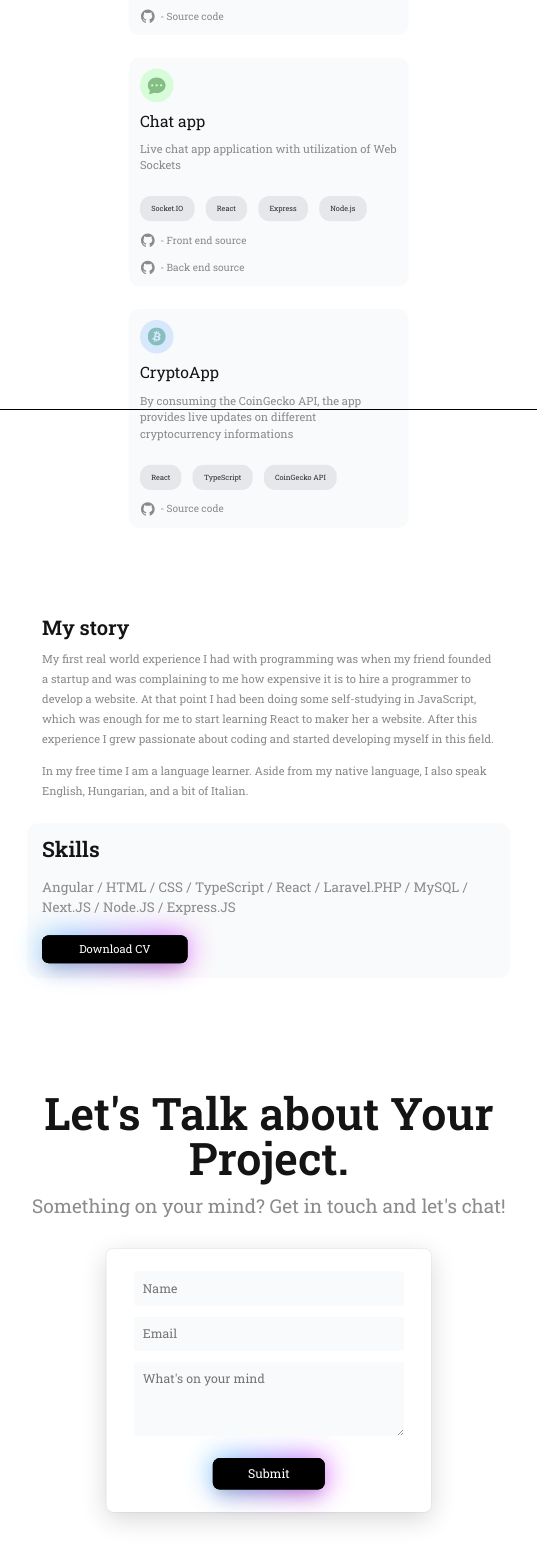
Repository: Leoka2000/portfolio-final
Page: /
The author's editor kept a copy of each file at every save. The page is drawn from the files as they stood at one save, then again after the next save.
The browser window is 768 px wide. The pictures show the part of the page from y = 2320 to 4560 px (the page is 4560 px tall), at 70% of full size.
Some web fonts or font styles are not loaded; a fallback is used. The project was rebuilt for these pictures with package versions that can differ from the ones it lists, and the page was loaded fresh each time. Some packages were replaced by stand-ins written for this rebuild. Also part of the build but not shown: src/App.css. Imported but missing from the stored project, and not drawn on this page: src/assets/BioNexus.mp4, src/assets/LeoCV.pdf, src/assets/ScholarSearch.mp4, src/assets/chat-app.mp4.

Above is the page before, as saved 2023-09-27 14:28:09.

### public/index.html
<!DOCTYPE html>
<html lang="en">
  <head>
    <meta charset="utf-8" />
    <link rel="icon" href="%PUBLIC_URL%/favicon.ico" />
    <meta name="viewport" content="width=device-width, initial-scale=1" />
    <meta name="theme-color" content="#000000" />
    <meta
      name="description"
      content="Web site created using create-react-app"
    />
    <link rel="apple-touch-icon" href="%PUBLIC_URL%/logo192.png" />
    <!-- font -->
    <link rel="preconnect" href="https://fonts.googleapis.com">
    <link rel="preconnect" href="https://fonts.gstatic.com" crossorigin>
    <link href="https://fonts.googleapis.com/css2?family=Fira+Sans+Extra+Condensed:wght@300&family=Roboto+Condensed:wght@300&family=Roboto+Slab:wght@400;500;600&display=swap" rel="stylesheet">

    <!-- font -->
    <link rel="manifest" href="%PUBLIC_URL%/manifest.json" />

    <title>Portfolio</title>
  </head>
  <body>
    <noscript>You need to enable JavaScript to run this app.</noscript>
    <div id="root"></div>
    <!--
      This HTML file is a template.
      If you open it directly in the browser, you will see an empty page.

      You can add webfonts, meta tags, or analytics to this file.
      The build step will place the bundled scripts into the <body> tag.

      To begin the development, run `npm start` or `yarn start`.
      To create a production bundle, use `npm run build` or `yarn build`.
    -->
  </body>
</html>

### src/pages/main/home.jsx
import React from 'react'
import Navbar from '../../compontents/navbar/navbar'
import Hero from './hero/hero'
import Work from './work/work-parent'
import About from './about/about'
import Contact from '../contact/contact'


const Home = () => {
  return (
    <>

      <Hero/>
      <Work/>
      <About/>
      <Contact/>
    </>
  )
}

export default Home

### src/compontents/navbar/navbar.css
.nav-navbar {
    display: flex;
    justify-content: flex-start;

    align-items: center;
    height: 90px;
}

.nav-navbar > span {
    display: flex;
    color: var(--h1);
    text-align: center;
    align-items: center;
    justify-content: center;
    background-color: #f5f5f5;
    font-weight: 300;
    padding: 9px 30px;
    border-radius: 30px;
    height: 2rem;
    gap: 1rem;
    width: auto;
    position: absolute;
    right: 30rem;

}
.nav-navbar > span > div {
width: 1.4rem;
border-radius: 100%;
background-color: rgb(101, 223, 101);
height: 1.4rem;
}
.dropdown-menu{
    position: absolute;
    right: 0;
    margin-right: 2rem;


}
.nav-dropdown {
    transform: none;
    transition: all 2s ease-in-out;
    margin-top: 1rem;
    background-color: #f5f5f5;
    position: absolute;
    top: 1;
    right: 0;
    border-radius: 10px;
    width: 10rem;
    height: 8.5rem;
    font-size: 1.2rem;
    transition: all .2s ease-in-out;
    box-shadow: rgba(0, 0, 0, 0.1) 0px 20px 25px -5px, rgba(0, 0, 0, 0.04) 0px 10px 10px -5px;
    opacity:1;
    transition:

     0s linear,
     1s linear;
}
.nav-dropdown::before {
    content: "";
z-index: -1;
position: absolute;
top: 0;
right: 0;
bottom: 0;
left: 0;
background: linear-gradient(-45deg,#e81cff,#40c9ff);
transform: translateZ(0) scale(.95);
filter: blur(20px);
opacity: .6;
transition: .3s;
border-radius: inherit;
transition: all 2s ease-in-out;

}
.dropdown{

    list-style: none;
    display: flex;
 flex-direction: column;
 padding: 1rem;
 transform: none;
 opacity:1;
    transition:

     0s linear,
     1s linear;


}

.dropdown > a {
    list-style: none;
    width: 84%;
    color: black;
    display: flex;
    padding: 0.5rem 1rem 0.5rem 0.7rem;
}
.dropdown > a > a {
    width: 100%;
    color: black;
}
.dropdown a:hover {
    background-color: rgb(219, 219, 219);
    cursor: pointer;
    border-radius: 10px;
    transition: 0.2s;
}
.nav-navbar > div > button {
    background-color: transparent;
    outline: none;
    border: none;
    display: flex;
    align-items: center;
    background-color: #f5f5f5;
    border-radius: 10px;

    padding: 0.8rem;
    justify-content: center;
    gap: 0.2rem;
    cursor: pointer;
    position: relative;
    transition: 0.3s;
}
.nav-navbar > div > button:hover {
background-color: rgb(228, 228, 228);
transform: scale(1.1);
}
.dropdown-menu > button > p {
    font-size: 1.2rem;
    color: black;

}
.dropdown-menu button svg {
    font-size: 1.5rem;
    color: black;
}

### src/pages/main/hero/hero.jsx
import React from 'react'
import {AiFillGithub} from 'react-icons/ai'
import {AiOutlineMail} from 'react-icons/ai'
import {AiFillLinkedin} from 'react-icons/ai'
import './hero.css'
import CV from '../../../assets/LeoCV.pdf'

const hero = () => {
  return (
    <>
      <section className='hero-section'>
        <h1>Hi, I'm Leo, a full-stack web developer who specializes in front-end development</h1>
        <p>I build things for the web primarily using React. Currently living in Hungary</p>
        <div className='icons-wrapper'>
          <a target='_blank' href="https://github.com/Leoka2000"><AiFillGithub/></a>
          <a target='_blank' href='https://www.linkedin.com/in/leoreus/'> <AiFillLinkedin/></a>
         <a href='mailto:lreusoliveira@gmail.com'><AiOutlineMail/> </a>
        </div>
        <a href={CV} download className='right-btn'>Hire me</a>
      </section>
    </>
  )
}

export default hero

### src/pages/main/work/work-parent.jsx
import React from 'react'
import './work.css'
import Bionexus from './projects/bionexus/index'
import CoffeeApp from './projects/coffee/index'
import ChatApp from './projects/chatapp/index'
import EasyTramitt from './projects/easy/index'
import CryptoApp from './projects/cryptoapp/index'
import Inventory from './projects/inventory'
import MegyaMelo from './projects/megyamelo'



const Work = () => {
  return (
    <>
      <section id='work' className='work-section'>
        <header><h1>Selected work</h1></header>
        <main className='work-main'>
          <MegyaMelo/>
       <Inventory/>
        <EasyTramitt />
          <Bionexus />
          <CoffeeApp />
          <ChatApp />
          <CryptoApp />



        </main>


      </section>
    </>
  )
}

export default Work

### src/pages/main/hero/hero.css
.hero-section {
    display: flex;
    flex-direction: column;
    text-align: center;
    align-items: center;
    padding: 4rem 2rem 2rem 2rem;
    justify-content: center;
    gap: 1.5rem
}
.hero-section h1 {
    color: var(--h1);
    font-size: 4rem;
}
.hero-section p {
    color: var(--p);
    font-size: 2rem;
    line-height: 2.5rem;
    max-width: 45rem;

}
.icons-wrapper {
    font-size: 2rem;
    color: var(--p);
    background-color: #f5f5f5;
    border-radius: 25px;
    align-items: center;
    padding: 0.8rem 0 0.5rem 0;
    width: 12rem;
    display: flex;
    justify-content: center;
    gap: 1rem;
    cursor: pointer;

}
.icons-wrapper a {
    text-decoration: none;
    color: var(--p);
}
.icons-wrapper svg {
    transition: 0.4s;
}
.icons-wrapper svg:hover {
    color: rgb(0, 0, 0);
}


.hero-section > a {
    font-family: 'Fira Sans Extra Condensed', sans-serif;

    font-family: 'Inter', sans-serif;

    font-family: 'Roboto Condensed', sans-serif;

    font-family: 'Roboto Slab', serif;

    display: flex;
    justify-content: center;
    align-items: center;
    color: white;
    font-size: 1.3rem;
    width: 10rem;
    height: 3.5rem;
    border-radius: 10px;
    outline: none;
    background-color: black;
    border: none;
    position: relative;
    cursor: pointer;
    transition: all .2s ease-in-out;
    box-shadow: rgba(0, 0, 0, 0.1) 0px 20px 25px -5px, rgba(0, 0, 0, 0.04) 0px 10px 10px -5px;
}
.hero-section > a::before {
    content: "";
z-index: -1;
position: absolute;
top: 0;
right: 0;
bottom: 0;
left: 0;
background: linear-gradient(-45deg, #e81cff, #40c9ff);
transform: translateZ(1) scale(.98);
filter: blur(20px);
opacity: .6;
transition: opacity .3s;
border-radius: inherit;
transition: all .2s ease-in-out;
}
.hero-section > a::after {

        content: "";
        z-index: -1;
        position: absolute;
        top: 0;
        right: 0;
        bottom: 0;
        left: 0;
        background: inherit;
        border-radius: inherit;
      }

.hero-section > a:hover {
transform: scale(1.1);
background-color: white;
color: black;
}



@media screen and (max-width: 900px) {
    .hero-section {
        padding: 4rem 1.5rem 2rem 1.5rem;
    }
    .hero-section > h1 {
        color: var(--h1);
        font-size: 1.7rem;
    }
    .hero-section > p {
        font-size: 1.2rem;
        line-height: 1.4rem;
    }

}

### src/pages/main/work/projects/bionexus/index.jsx
import React from 'react'
import {FaBusinessTime} from 'react-icons/fa'
import {AiFillGithub} from 'react-icons/ai'

const index = () => {

  return (
    <a target='_blank' href='https://bionexusjr.com/' className='individual-wrapper'>
    <span id='work-2'><FaBusinessTime/></span>
    <h1>BioNexusJr's landing page</h1>
    <p>Landing page for Hungary's first junior enterprise - BioNexusJr. Integrated with i18next's API for implementing a translation feature between English and Hungarian</p>
    <div className='key-wrapper'>
    <span>React</span>
      <span>i18next</span>
      <span>Firebase</span>
    </div>
    <a target='_blank' href='https://github.com/Leoka2000/BioNexus-s-Website'><AiFillGithub/><p id='hover'>- Front end source</p></a>
  </a>
  )
}

export default index

### src/pages/main/work/projects/coffee/index.jsx
import React from 'react'
import {AiOutlineCoffee} from 'react-icons/ai'
import {AiFillGithub} from 'react-icons/ai'

const index = () => {
  return (
    <a target='_blank'  href='https://melodious-rabanadas-153006.netlify.app/' className='individual-wrapper'>
      <span id='work-3'><AiOutlineCoffee/></span>
      <h1>Leo's Coffee</h1>
      <p>Online commerce store for selling coffee with a virtual shopping cart feature</p>
      <div className='key-wrapper'>
        <span>React</span>
        <span>TypeScript</span>
        <span>Form valiation</span>
      </div>
      <a target='_blank' href='https://github.com/Leoka2000/e-commerce-website'><AiFillGithub/><p id='hover'>- Source code</p></a>
    </a>
  )
}

export default index

### src/pages/main/work/projects/chatapp/index.jsx
import { useState } from 'react'
import { BsFillChatDotsFill } from 'react-icons/bs'
import { AiFillGithub } from 'react-icons/ai'
import video from '../../../../../assets/chat-app.mp4'

const Index = () => {
  const [isVideoPlaying, setIsVideoPlaying] = useState(false);

  const handleVideoClick = (event) => {
    const targetElement = event.target;
    const isGithubLink = targetElement.closest('.github-link');

    if (!isGithubLink) {
      setIsVideoPlaying(true);
      disableScroll();
    }
  };

  const handleQuitVideo = () => {
    setIsVideoPlaying(false);
    enableScroll();
  };

  const disableScroll = () => {
    document.body.style.overflow = 'hidden';
  };

  const enableScroll = () => {
    document.body.style.overflow = '';
  };

  return (
    <div>
      <div onClick={handleVideoClick} className='individual-wrapper'>
        <span id='work-4'><BsFillChatDotsFill /></span>
        <h1>Chat app</h1>
        <p>Live chat app application with utilization of Web Sockets</p>
        <div className='key-wrapper'>
          <span>Socket.IO</span>
          <span>React</span>
          <span>Express</span>
          <span>Node.js</span>
        </div>
        <a target='_blank' href="https://github.com/Leoka2000/chat-app-front-end" className="github-link">
          <AiFillGithub />
          <p id="hover">- Front end source</p>
        </a>
        <a target='_blank' href="https://github.com/Leoka2000/chat-app-back-end" className="github-link">
          <AiFillGithub />
          <p id="hover">- Back end source</p>
        </a>
      </div>
      {isVideoPlaying && (
        <div className="video-overlay">
          <video src={video} controls autoPlay />
          <button onClick={handleQuitVideo}>Quit</button>
        </div>
      )}
    </div>
  )
}


export default Index

### src/pages/main/work/projects/easy/index.jsx
import React, { useState } from 'react';
import { MdTravelExplore } from 'react-icons/md';
import { AiFillGithub } from 'react-icons/ai';
import video from '../../../../../assets/ScholarSearch.mp4';

const Index = () => {
  const [isVideoPlaying, setIsVideoPlaying] = useState(false);

  const handleVideoClick = (event) => {
    const targetElement = event.target;
    const isGithubLink = targetElement.closest('.github-link');

    if (!isGithubLink) {
      setIsVideoPlaying(true);
      disableScroll();
    }
  };

  const handleQuitVideo = () => {
    setIsVideoPlaying(false);
    enableScroll();
  };

  const disableScroll = () => {
    document.body.style.overflow = 'hidden';
  };

  const enableScroll = () => {
    document.body.style.overflow = '';
  };

  return (
    <div>
      <div onClick={handleVideoClick} className="individual-wrapper">
        <span id="work-5">
          <MdTravelExplore />
        </span>
        <h1>ScholarSearch</h1>
        <p>
          This is a full stack application that was made for EasyTramitt, a
          startup that helps students from Brazil to get scholarships abroad.
        </p>
        <div className="key-wrapper">
          <span>Laravel / PHP</span>
          <span>MySQL</span>
          <span>React</span>
          <span>REST API</span>
        </div>
        <a target='_blank' href="https://github.com/Leoka2000/front-end-ScholarSearch" className="github-link">
          <AiFillGithub />
          <p id="hover">- Front end source</p>
        </a>
        <a  target='_blank' href="https://github.com/Leoka2000/back-end-laravel" className="github-link">
          <AiFillGithub />
          <p id="hover">- Back end source</p>
        </a>
      </div>

      {isVideoPlaying && (
        <div className="video-overlay">
          <video src={video} controls autoPlay />
          <button onClick={handleQuitVideo}>Quit</button>
        </div>
      )}
    </div>
  );
};

export default Index;

### src/pages/main/work/projects/cryptoapp/index.jsx
import React from 'react'
import {SiBitcoin} from 'react-icons/si'
import {AiFillGithub} from 'react-icons/ai'

const index = () => {
  return (
    <a target='_blank'  href='https://regal-macaron-8fc4ed.netlify.app/' className='individual-wrapper'>
      <span id='work-1'><SiBitcoin/></span>
      <h1>CryptoApp</h1>
      <p>By consuming the CoinGecko API, the app provides live updates on different cryptocurrency informations</p>
      <div className='key-wrapper'>
      <span>React</span>
      <span>TypeScript</span>
        <span>CoinGecko API</span>
      </div>
      <a target='_blank' href='https://github.com/Leoka2000/CryptoApp'><AiFillGithub/><p id='hover'>- Source code</p></a>
    </a>
  )
}

export default index

### src/pages/main/work/projects/inventory/index.jsx
import React, { useState } from 'react'
import { MdInventory } from 'react-icons/md'
import { AiFillGithub } from 'react-icons/ai'
import video from '../../../../../assets/BioNexus.mp4'

const Index = () => {
  const [isVideoPlaying, setIsVideoPlaying] = useState(false);

  const handleVideoClick = (event) => {
    const targetElement = event.target;
    const isGithubLink = targetElement.closest('.github-link');

    if (!isGithubLink) {
      setIsVideoPlaying(true);
      disableScroll();
    }
  };

  const handleQuitVideo = () => {
    setIsVideoPlaying(false);
    enableScroll();
  };

  const disableScroll = () => {
    document.body.style.overflow = 'hidden';
  };

  const enableScroll = () => {
    document.body.style.overflow = '';
  };

  return (
    <div>
      <div onClick={handleVideoClick} className='individual-wrapper'>
        <span id='work-2'><MdInventory /></span>
        <h1>BioNexusJr's Inventory</h1>
        <p>Full stack inventory management system with CRUD functionalities that I have developed to be utilized by the members of the enterprise.</p>
        <div className='key-wrapper'>
          <span>React</span>
          <span>TypeScript</span>
          <span>Node.js</span>
          <span>MySQL</span>
        </div>
        <a target='_blank' href="https://github.com/Leoka2000/inventory-bionexusjr" className="github-link">
          <AiFillGithub />
          <p id="hover">- Front end source</p>
        </a>
        <a target='_blank' href="https://github.com/Leoka2000/inventory-app-backend" className="github-link">
          <AiFillGithub />
          <p id="hover">- Back end source</p>
        </a>
      </div>
      {isVideoPlaying && (
        <div className="video-overlay">
          <video src={video} controls autoPlay />
          <button onClick={handleQuitVideo}>Quit</button>
        </div>
      )}
    </div>
  )
}

export default Index

### src/pages/main/work/projects/megyamelo/index.jsx
import React from 'react'
import {SiBitcoin} from 'react-icons/si'
import logo from '../../../../../assets/logo.jpg'

const Index = () => {
  return (
    <a target='_blank'  href='https://www.megyamelo.com' className='individual-wrapper'>
      <span id='work-6'><img src={logo}/></span>
      <h1>Megy a Meló</h1>
      <p>Application developed to help students of Hungarian univeristies to get jobs. It is currently being used by a variaety of students of different institutions in the country</p>
      <div className='key-wrapper'>
      <span>Angular</span>
      <span>Firebase</span>
      <span>i18next</span>
        <span>EmailJS</span>
      </div>
    </a>
  )
}

export default Index

### src/pages/main/about/about.css
.about-section {
    display: flex;
    gap: 0.5rem;
    padding: 7rem 1.5rem 5rem 4rem;
    justify-content: center;
}

.left {
    display: flex;
    flex-direction: column;
    width: 50rem;
    gap: 1rem;

}
.left > h1 {
    color: var(--h1);
    font-size: 1.8rem;
}
.left > p {
    line-height: 1.8rem;
    color: var(--p);
    font-size: 1rem;
    font-weight: normal;
    -webkit-font-smoothing: antialiased;
    -moz-osx-font-smoothing: grayscale;
    width: 90%;

}

.right {
    display:flex;
    flex-direction: column;
    background-color: var(--background);
    border-radius: 16px;
    gap:1.6rem;
    padding: 1.3rem;
    justify-content: space-evenly;
    z-index: 0;
    width: 30rem;

}
.right > h1 {
    font-size: 1.9rem;
}
.right > p {
    color: var(--p);
    font-size: 1.1rem;
    line-height: 1.8rem;
    width: 95%;
}
.right-btn {
    display: flex;
    justify-content: center;
    align-items: center;
    color: white;
    font-size: 1rem;
    width: 10rem;
    height: 2.5rem;
    border-radius: 10px;
    outline: none;

    background-color: black;
    border: none;
    position: relative;
    cursor: pointer;
    transition: all .2s ease-in-out;
    box-shadow: rgba(0, 0, 0, 0.1) 0px 20px 25px -5px, rgba(0, 0, 0, 0.04) 0px 10px 10px -5px;
    font-family: 'Fira Sans Extra Condensed', sans-serif;

    font-family: 'Inter', sans-serif;

    font-family: 'Roboto Condensed', sans-serif;

    font-family: 'Roboto Slab', serif;
}
.right-btn::before {
    content:"";
z-index: -1;
position: absolute;
top: 0;
right: 0;
bottom: 0;

left: 0;
background: linear-gradient(-45deg, #e81cff, #40c9ff);
transform: translateZ(1) scale(.98);
filter: blur(20px);
opacity: 0.8;
transition: opacity .3s;
border-radius: inherit;
transition: all .2s ease-in-out;
}
.right-btn::after {

        content: "";
        z-index: -1;
        position: absolute;
        top: 0;
        right: 0;
        bottom: 0;
        left: 0;
        background: inherit;
        border-radius: inherit;
      }

      .right-btn:hover {
transform: scale(1.1);
background-color: white;
color: black;
}




@media screen and (max-width: 1150px) {
    .right {
        width: 35rem;


    }
    .left {
        width: 40rem;
        padding-left: 0rem;
    }
}

@media screen and (max-width: 1000px) {
    .about-section {
        flex-direction: column;
        padding: 7rem 1.5rem 5rem 1.5rem;
        align-items: center;
    }
    .right {
        width: 90%;





    }
    .left {
        width: 90%;
        padding-bottom: 1.5rem;


    }
    .left > p {
        width: 100%;
    }

    .right-btn {
        width: 13rem;
    }

    .right > p {

        font-size: 1.2rem;

    }
}

### src/pages/main/about/thingsido/index.jsx
import React from 'react'

const index = () => {
  return (
    <div className='left'>
            <h1>My story</h1>
            <p>My first real world experience I had with programming was when my friend founded a startup and was complaining to me how expensive it is to hire a programmer to develop a website. At that point I had been doing some self-studying in JavaScript, which was enough for me to start learning React to maker her a website. After this experience I grew passionate about coding and started developing myself in this field.</p>
            <p>In my free time I am a language learner. Aside from my native language, I also speak English, Hungarian, and a bit of Italian.</p>
        </div>
  )
}

export default index

### src/pages/main/about/skills/index.jsx
import React from 'react'
import CV from '../../../../assets/LeoCV.pdf'
import './index.css'



const index = () => {
    return (
        <div className='right'>
            <h1>Skills</h1>
            <p>Angular / HTML / CSS / TypeScript / React / Laravel.PHP / MySQL / Next.JS / Node.JS / Express.JS</p>
            <a href={CV} download className='right-btn'>Download CV</a>
        </div>
    )
}

export default index

### src/pages/contact/contact.css
.contact-session {
    padding: 5rem 1rem 5rem 1rem;
}
.contact-header {
    text-align: center;
    font-size: 1.2rem;
    gap: 1.5rem;
    display: flex;
    flex-direction: column;
}
.contact-header > h1 {
    font-size: 4rem;
    color: var(--h1);
}
.contact-header > p {
    color: var(--p);
    font-size: 1.7rem;
}
.contact-main {
    padding-top: 3rem;
    display: flex;
    justify-content: center;

}
.form {
    display: flex;
    flex-direction: column;
    justify-content: center;
    align-items: center;
    text-align: left;
    gap: 1rem;
    width: 25rem;
    box-shadow: rgba(0, 0, 0, 0.16) 0px 10px 36px 0px, rgba(0, 0, 0, 0.06) 0px 0px 0px 1px;
    padding: 2rem;
    border-radius: 10px;

}
.input {
    padding: 0.8rem;
    width: 22.5rem;
    outline: 2px solid transparent;
outline-offset: 2px;
border: none;
background-color: var(--background);
border-radius: 4px;
font-size: 1.1rem;
font-family: 'Fira Sans Extra Condensed', sans-serif;

  font-family: 'Inter', sans-serif;

  font-family: 'Roboto Condensed', sans-serif;

  font-family: 'Roboto Slab', serif;

}
.textarea {
padding: 0.8rem;
    width: 22.5rem;
    height: 5rem;
    outline: 2px solid transparent;
outline-offset: 2px;
border: none;
background-color: var(--background);
border-radius: 4px;
font-family: 'Fira Sans Extra Condensed', sans-serif;
font-size: 1.1rem;
  font-family: 'Inter', sans-serif;

  font-family: 'Roboto Condensed', sans-serif;

  font-family: 'Roboto Slab', serif;
}

.error {
  text-align:left;
   color: red;
   width: 100%;
   padding-left: 1.5rem;
}
.success {
 color: rgb(16, 184, 80);
 padding-bottom: 0.5rem;
}
.contact-btn {
    font-family: 'Fira Sans Extra Condensed', sans-serif;
    font-family: 'Inter', sans-serif;
    font-family: 'Roboto Condensed', sans-serif;
    font-family: 'Roboto Slab', serif;
    display: flex;
    justify-content: center;
    align-items: center;
    color: white;
    font-size: 1.1rem;
    width: 10rem;
    height: 2.8rem;
    border-radius: 10px;
    outline: none;
    background-color: black;
    border: none;
    position: relative;
    cursor: pointer;
    transition: all .2s ease-in-out;
    box-shadow: rgba(0, 0, 0, 0.1) 0px 20px 25px -5px, rgba(0, 0, 0, 0.04) 0px 10px 10px -5px;
    margin-top: 1rem;
}

.contact-btn::before {
    content: "";
z-index: -1;
position: absolute;
top: 0;
right: 0;
bottom: 0;
left: 0;
background: linear-gradient(-45deg, #e81cff, #40c9ff);
transform: translateZ(1) scale(.9);
filter: blur(20px);
opacity: .9;
transition: opacity .3s;
border-radius: inherit;
transition: all .2s ease-in-out;
}
.contact-btn::after {

        content: "";
        z-index: -1;
        position: absolute;
        top: 0;
        right: 0;
        bottom: 0;
        left: 0;
        background: inherit;
        border-radius: inherit;
      }

.contact-btn:hover {
transform: scale(1.1);
background-color: white;
color: black;
}

@media screen and (max-width: 600px) {

    .contact-header > h1 {

        font-size: 2.5rem;
    }
    .contact-header > p {
        line-height: 2rem;
        font-size: 1.6rem;
    }

}
@media screen and (max-width: 400px) {
    .input, .textarea {
        width: 18rem;
    }
}

Loaded but not shown: src/index.js (common file); src/index.css (common file); src/App.js (common file); src/pages/contact/inputs/index.js (87 lines, source omitted); src/compontents/navbar/navbar.js (38 lines, source omitted); src/pages/contact/contact.js (22 lines, source omitted); src/pages/main/about/about.js (15 lines, source omitted); src/pages/main/work/work.css (213 lines, source omitted); src/pages/main/about/skills/index.css (no stored copy; drawn as an empty file)

After the next save:
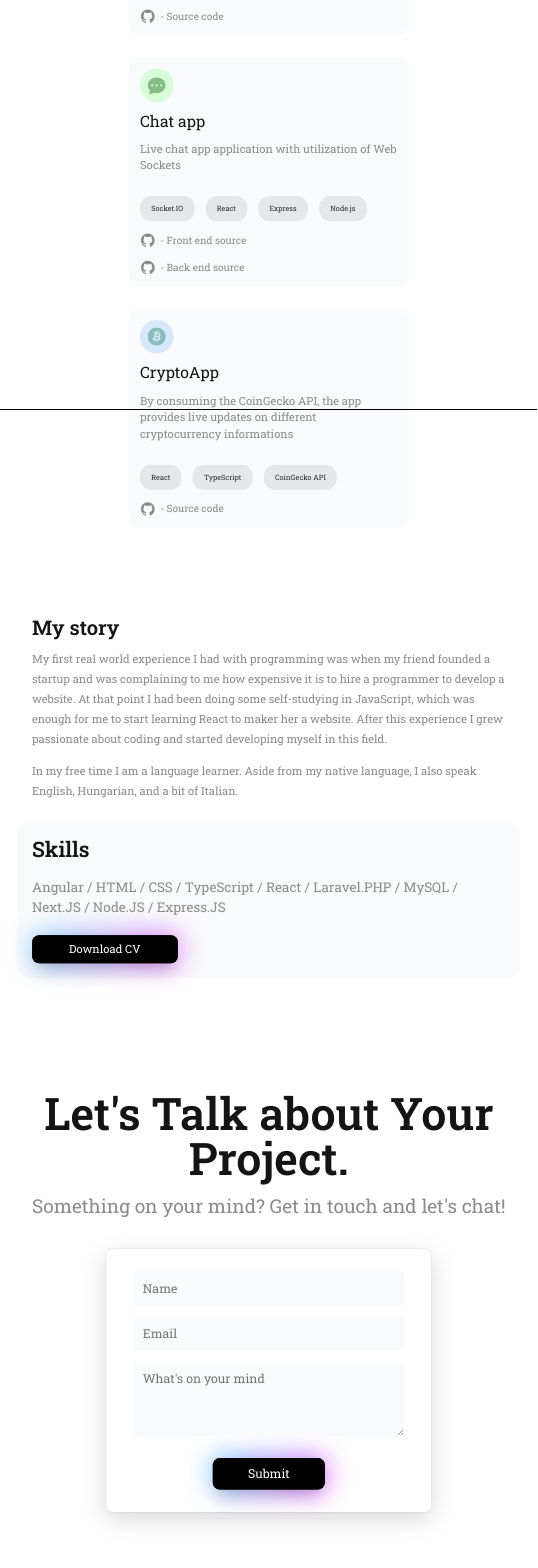
Saved 17 s later.
--- a/src/pages/main/about/about.css
+++ b/src/pages/main/about/about.css
@@ -127,7 +127,7 @@ color: black;
 @media screen and (max-width: 1000px) {
     .about-section {
         flex-direction: column;
-        padding: 7rem 1.5rem 5rem 1.5rem;
+        padding: 7rem 0.5rem 5rem 0.5rem;
         align-items: center;
     }
     .right {
